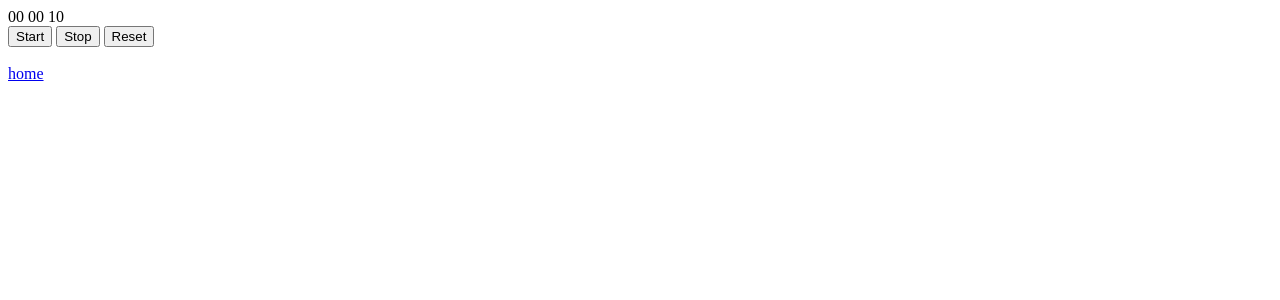
Repository: aoineco/todo-with-gamification
Page: random_reward/timer.html
The author's editor kept a copy of each file at every save. The page is drawn from the files as they stood at one save, then again after the next save.
The browser window is 1280 px wide. The pictures show the whole page.

Above is the page before, as saved 2022-09-24 13:43:05.

After the next save:
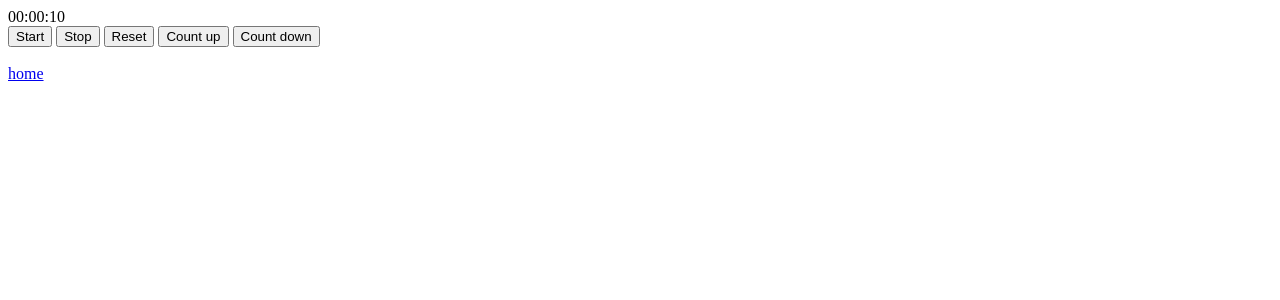
Saved 6 days later.
--- a/random_reward/timer.html
+++ b/random_reward/timer.html
@@ -10,15 +10,14 @@
     <script type="text/javascript" src="http://localhost:8888/gamification/random_reward/timer.js"></script>
 
     <div class="timer">
-        <span class="hour">00</span>
-        <span class="minute">00</span>
-        <span class="second">10</span>
+        <span class="hour">00</span>:<span class="minute">00</span>:<span class="second">10</span>
     </div>
-
     <div class="control">
         <button onClick="timer.start(1000)">Start</button>
         <button onClick="timer.stop()">Stop</button>
-        <button onClick="timer.reset(100)">Reset</button>
+        <button onClick="timer.reset(60)">Reset</button>
+        <button onClick="timer.mode(1)">Count up</button>
+        <button onClick="timer.mode(0)">Count down</button>
     </div>
 
     <br>
